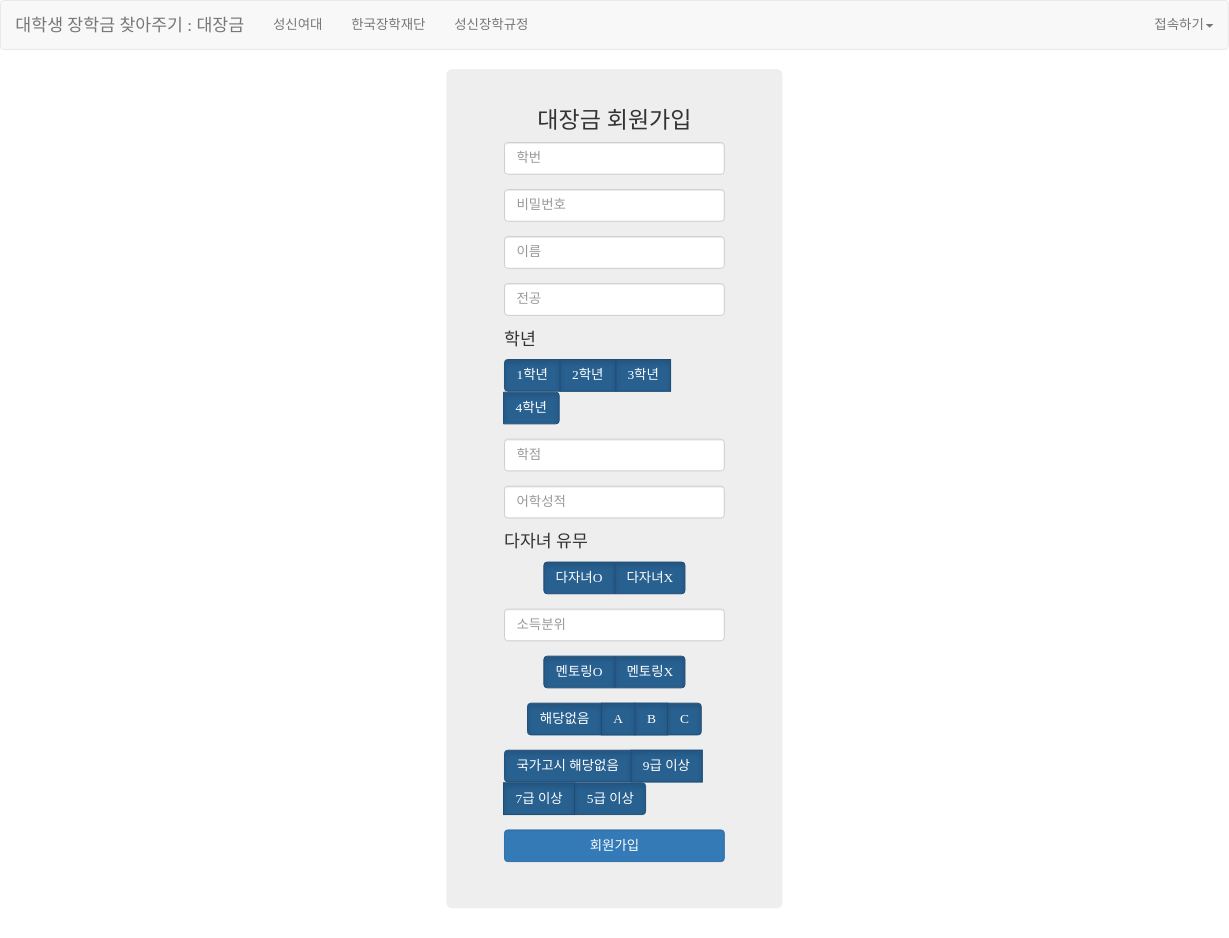
Repository: jiwon-214/DJG
Page: http://localhost/DJG/join.jsp
The author's editor kept a copy of each file at every save. The page is drawn from the files as they stood at one save, then again after the next save.
The browser window is 1280 px wide. The pictures show the whole page, at 96% of full size.
Some web fonts or font styles are not loaded; a fallback is used. Some web libraries are served in a nearby version. The page is served by Tomcat 9. Other server files are loaded and not shown.

Above is the page before, as saved 2022-01-04 18:46:48.

### DJG/WebContent/join.jsp
<%@ page language="java" contentType="text/html; charset=UTF-8"
    pageEncoding="UTF-8"%>
<!DOCTYPE html>
<html>
<head>
<meta charset="UTF-8">
<meta name = "viewport" content = "width=divice-width", initial-scale="1">
<link rel = "stylesheet" href = "css/bootstrap.css">
<link rel = "stylesheet" href = "css/custom.css">
<title>대장금</title>
</head>
<body>
	<nav class ="navbar navbar-default">
		<div class = "navbar-header">
			<button type = "button" class = "navbar-toggle collapsed"
				data-toggle = "collapse" data-target = "#bs-example-navbar-collapse-1"
				aria-expanded="false">
				<span class = "icon-bar"></span>
				<span class = "icon-bar"></span>
				<span class = "icon-bar"></span>
			</button>
			<a class="navbar-brand" href = "main.jsp">대학생 장학금 찾아주기 : 대장금</a>
		</div>
		<div class="collapse navbar-collapse" id="bs-example-navbar-collapse-1">
			<ul class = "nav navbar-nav">
				<li><a href="https://portal.sungshin.ac.kr/sso/login.jsp">성신여대</a></li>
				<li><a href="http://www.kosaf.go.kr/">한국장학재단</a></li>
				<li><a href="https://rule.sungshin.ac.kr/service/law/lawView.do?seq=95&historySeq=0&gubun=cur&tree=part">성신장학규정</a></li>
			</ul>
			<ul class="nav navbar-nav navbar-right">
				<li class="dropdown">
					<a href="#" class="dropdown-toggle"
						data-toggle="dropdown" role="button" aria-haspopup="true"
						aria-expanded="false">접속하기<span class="caret"></span></a>
					<ul class="dropdown-menu">
						<li><a href = "login.jsp">로그인 </a></li>
						<li class="active"><a href="join.jsp">회원가입</a></li>
					</ul>
				</li>
			</ul>
		</div>
	</nav>
	<div class="container">
      <div class="col-lg-4"></div>
      <div class="col-lg-4">
         <div class="jumbotron" style="padding-top:20px;">
            <form method="post" action="joinAction.jsp">
               <h3 style="text-align:center;">대장금 회원가입</h3>
               <div class="form-group">
                  <input type="text" class="form-control" placeholder="학번" name="userID" maxlength="10">
               </div>
               <div class="form-group">
                  <input type="password" class="form-control" placeholder="비밀번호" name="userPassword" maxlength="20">
               </div>
               <div class="form-group">
                  <input type="text" class="form-control" placeholder="이름" name="userName" maxlength="20">
               </div>
               <div class="form-group">
                  <input type="text" class="form-control" placeholder="전공" name="userMajor" maxlength="20">
               </div>

               <h4>학년</h4>
               <div class="form-group" style="text-align:center;">
                  <div class="btn-group" data-toggle="buttons">
                     <label class="btn btn-primary active">
                        <input type = "radio" name="userYear" autocomplete="off" value="1" checked>1학년
                     </label>
                     <label class="btn btn-primary active">
                        <input type = "radio" name="userYear" autocomplete="off" value="2">2학년
                     </label>
                     <label class="btn btn-primary active">
                        <input type = "radio" name="userYear" autocomplete="off" value="3">3학년
                     </label>
                     <label class="btn btn-primary active">
                        <input type = "radio" name="userYear" autocomplete="off" value="4">4학년
                     </label>
                  </div>
               </div>

               <div class="form-group">
                  <input type="text" class="form-control" placeholder="학점" name="userGrade" maxlength="10">
               </div>

               <div class="form-group">
                  <input type="text" class="form-control" placeholder="어학성적" name="userLgrade" maxlength="10">
               </div>

               <h4>다자녀 유무</h4>
               <div class="form-group" style="text-align:center;">
                  <div class="btn-group" data-toggle="buttons">
                     <label class="btn btn-primary active">
                        <input type = "radio" name ="userMchild" autocomplete="off" value="cO" checked>다자녀O
                     </label>
                     <label class="btn btn-primary active">
                        <input type = "radio" name ="userMchild" autocomplete="off" value="cX">다자녀X
                     </label>
                  </div>
               </div>
               <div class="form-group">
                  <input type="text" class="form-control" placeholder="소득분위" name="userIncome" maxlength="10">
               </div>

               <div class="form-group" style="text-align:center;">
                  <div class="btn-group" data-toggle="buttons">
                     <label class="btn btn-primary active">
                        <input type="radio" name="userMentor" autocomplete="off" value="mO" checked>멘토링O
                     </label>
                     <label class="btn btn-primary active">
                        <input type = "radio" name="userMentor" autocomplete="off" value="mX">멘토링X
                     </label>
                  </div>
               </div>
               <div class="form-group" style="text-align:center;">
                  <div class="btn-group" data-toggle="buttons">
                     <label class="btn btn-primary active">
                        <input type="radio" name="userVol" autocomplete="off" value="Vx" checked>해당없음
                     </label>
                     <label class="btn btn-primary active">
                        <input type="radio" name="userVol" autocomplete="off" value="Va">A
                     </label>
                     <label class="btn btn-primary active">
                        <input type="radio" name="userVol" autocomplete="off" value="Vb">B
                     </label>
                     <label class="btn btn-primary active">
                        <input type="radio" name="userVol" autocomplete="off" value="Vc">C
                     </label>
                  </div>
               </div>
               <div class="form-group" style="text-align:center;">
                  <div class="btn-group" data-toggle="buttons">
                     <label class="btn btn-primary active">
                        <input type="radio" name="userExam" autocomplete="off" value="Ex" checked>국가고시 해당없음
                     </label>
                     <label class="btn btn-primary active">
                        <input type="radio" name="userExam" autocomplete="off" value="E9">9급 이상
                     </label>
                     <label class="btn btn-primary active">
                        <input type="radio" name="userExam" autocomplete="off" value="E7">7급 이상
                     </label>
                     <label class="btn btn-primary active">
                        <input type="radio" name="userExam" autocomplete="off" value="E5">5급 이상
                     </label>
                  </div>
               </div>
               <input type="submit" class="btn btn-primary form-control" value="회원가입">
            </form>
         </div>
      </div>
      <div class="col-lg-4"></div>
   </div>
		<div class="col-lg-4"></div>
	</div>
	<script src = "https://code.jquery.com/jquery-3.1.1.min.js"></script>
	<script src = "js/bootstrap.js"></script>
</body>
</html>

### DJG/WebContent/css/custom.css
@import url(http://fonts.googleapis.com/earlyaccess/nanumgothic.css);
@import url(http://fonts.googleapis.com/earlyaccess/hanna.css);
* {
	font-family : 'Nanum Gothic';
}
h1 {
	font-famaily : 'Hanna';
}

Loaded but not shown: DJG/WebContent/css/bootstrap.css (library); DJG/WebContent/js/bootstrap.js (library)

After the next save:
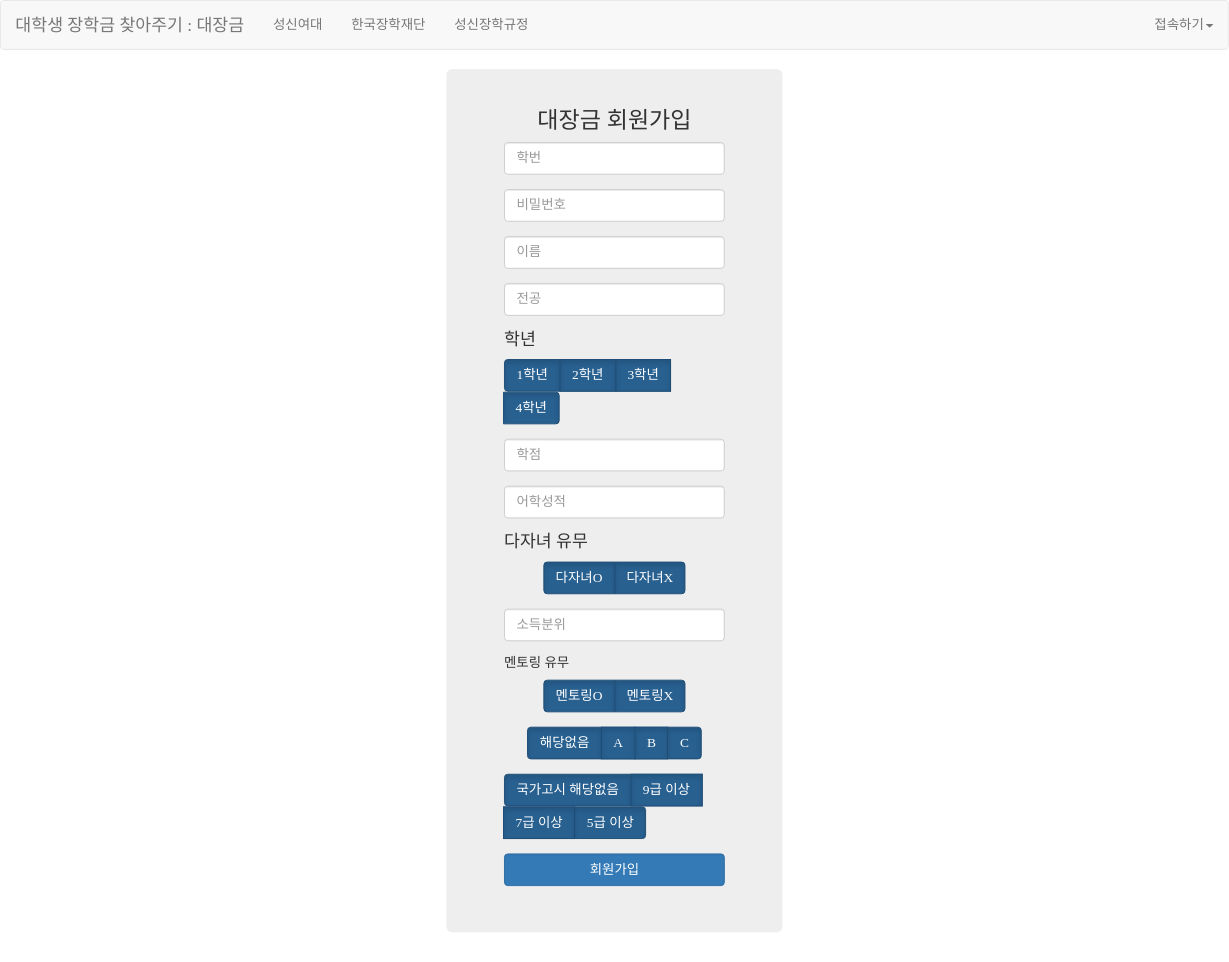
Saved 48 s later.
--- a/DJG/WebContent/join.jsp
+++ b/DJG/WebContent/join.jsp
@@ -100,6 +100,7 @@
                   <input type="text" class="form-control" placeholder="소득분위" name="userIncome" maxlength="10">
                </div>
 
+               <h5>멘토링 유무</h5>
                <div class="form-group" style="text-align:center;">
                   <div class="btn-group" data-toggle="buttons">
                      <label class="btn btn-primary active">
